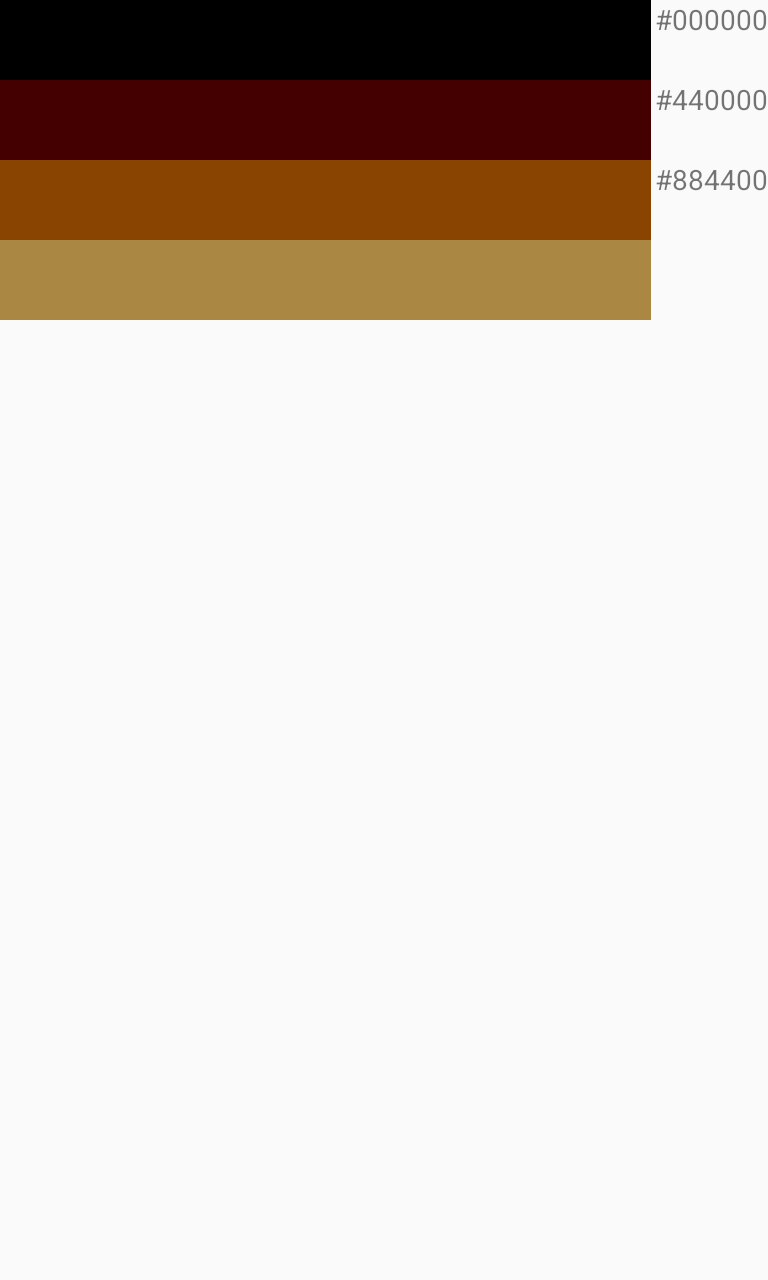
Repository: fitrahyusuf/FITRAH
Layout: MengenalScrollView/res/layout/main.xml
An editor plug-in stored every save of this project. The layout is shown before and after the next save, followed by the edit.
It is drawn on a 768 x 1280 px phone screen (xhdpi) without system bars, with theme AppTheme; the app's code is not run.

Above is the layout before, as saved 2015-05-05 10:25:43.

After the next save:
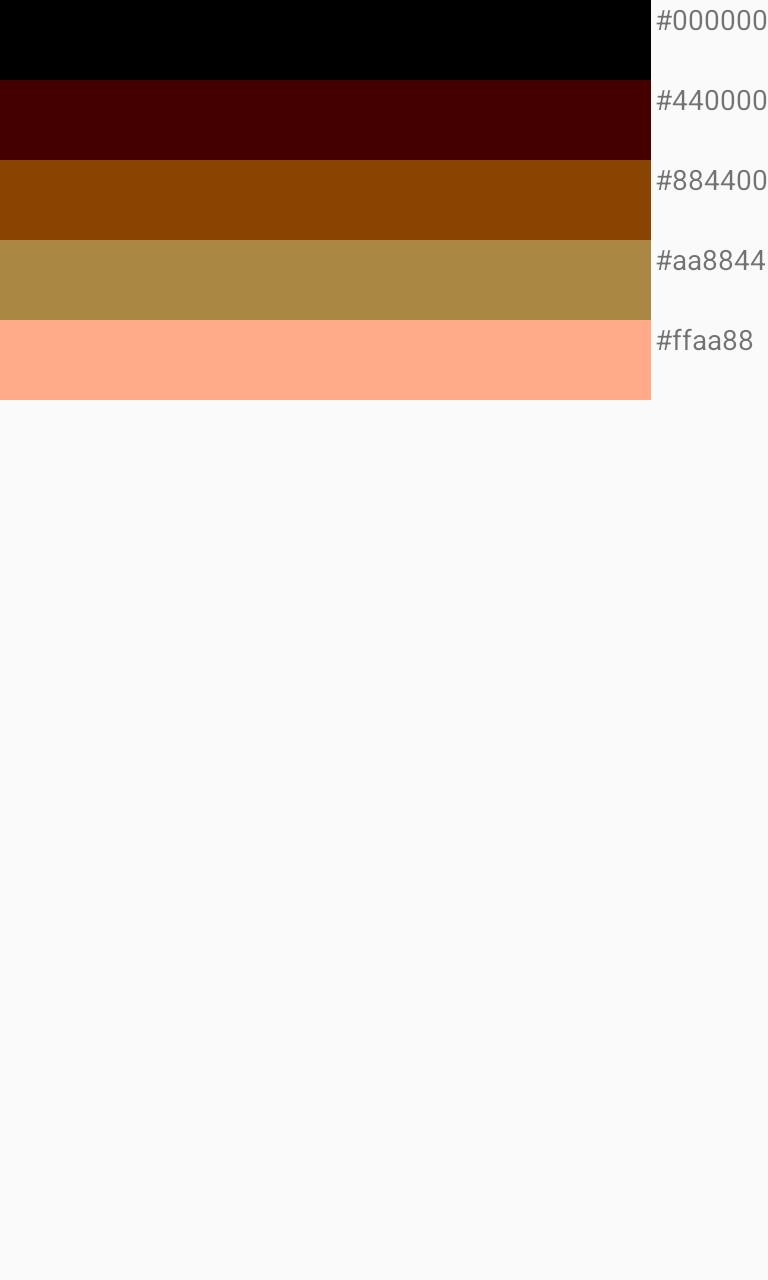
Saved 7 min 9 s later.
--- a/MengenalScrollView/res/layout/main.xml
+++ b/MengenalScrollView/res/layout/main.xml
@@ -42,6 +42,19 @@
             <View android:background="#aa8844"
                 android:layout_height="80px">
             </View>
+            <TextView android:paddingLeft="4px"
+                android:text="#aa8844"
+                android:gravity="center_vertical">
+            </TextView>
+        </TableRow>
+        <TableRow>
+            <View android:background="#ffaa88"
+                android:layout_height="80px">
+            </View>
+            <TextView android:paddingLeft="4px"
+                android:text="#ffaa88"
+            	android:gravity="center_vertical">
+            </TextView>
         </TableRow>
     </TableLayout>
 </ScrollView>
